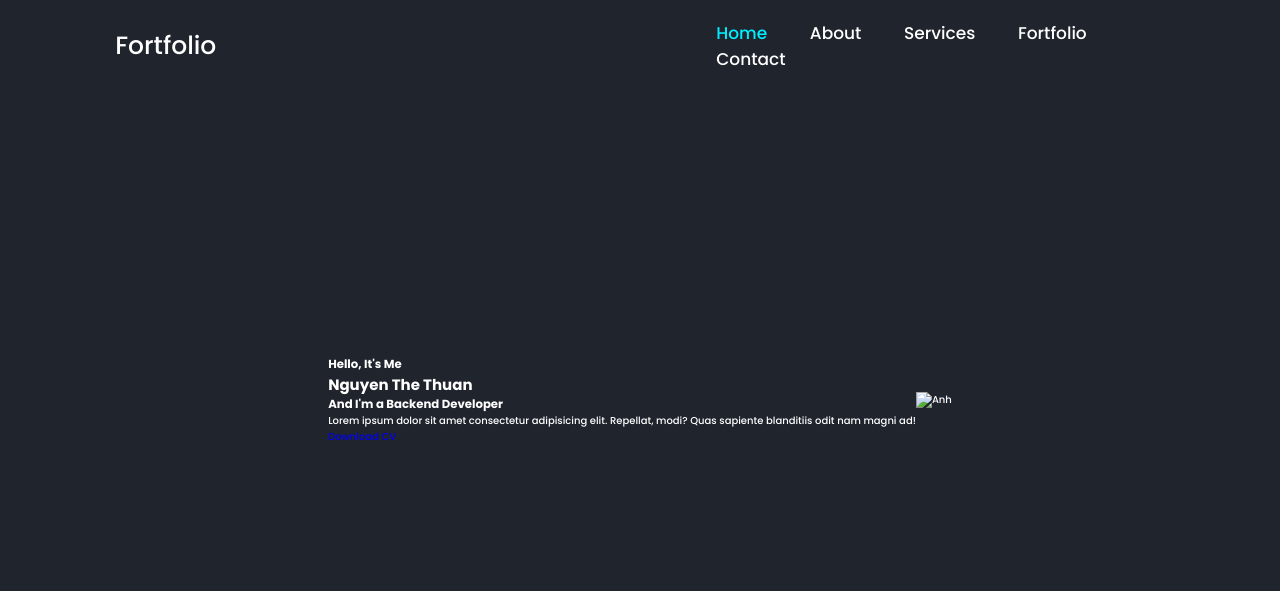
Repository: nguyenthethuan2004/portfolio
Page: index.html
These files come from the project's save history. The page is drawn as it stood at one moment and after a run of saves; the edit follows.
The browser window is 1280 px wide. The pictures show the whole page.

Above is the page before, as saved 2023-09-29 22:45:33.

### index.html
<!DOCTYPE html>
<html lang="en">
<head>
    <meta charset="UTF-8">
    <meta name="viewport" content="width=device-width, initial-scale=1.0">
    <title>Nguyen The Thuan</title>

    <!-- custom css -->
    <link rel="stylesheet" href="css/style.css">

    <!-- box icon -->
    <link href='https://unpkg.com/boxicons@2.1.4/css/boxicons.min.css' rel='stylesheet'>

</head>
<body>
    <!-- header design -->
    <header class="header">
        <a href="#" class="logo">Fortfolio</a>

        <box-icon name='menu' id="menu-icon"></box-icon>

        <nav class="navbar">
            <a href="#home" class="active">Home</a>
            <a href="#about">About</a>
            <a href="#services">Services</a>
            <a href="#fortfolio">Fortfolio</a>
            <a href="#contact">Contact</a>
        </nav>
    </header>

    <!-- home setion design -->
    <section class="home" id="home">
        <div class="home-content">
            <h3>Hello, It's Me</h3>
            <h1>Nguyen The Thuan</h1>
            <h3>And I'm a <span>Backend Developer</span></h3>
            <p>Lorem ipsum dolor sit amet consectetur adipisicing elit. Repellat, modi? Quas sapiente blanditiis odit nam magni ad!</p>
            <div class="social-media">
                <a href=""><box-icon name='facebook' type='logo' ></box-icon></a>
                <a href=""><box-icon name='github' type='logo' ></box-icon></a>
                <a href=""><box-icon name='linkedin' type='logo' ></box-icon></a>
                <a href=""><box-icon type='logo' name='youtube'></box-icon></a>
            </div>

            <a href="#" class="btn">Download CV</a>
        </div>

        <div class="home-img">
            <img src="" alt="Anh">
        </div>
    </section>

</body>
</html>

### css/style.css
    @import url('https://fonts.googleapis.com/css2?family=Poppins:ital,wght@0,300;0,500;0,600;0,700;0,800;0,900;1,300;1,400;1,500;1,600;1,700;1,800;1,900&display=swap');
* {
    margin: 0;
    padding: 0;
    box-sizing: border-box;
    text-decoration: none;
    border: none;
    outline: none;
    scroll-behavior:smooth;
    font-family: 'Poppins', sans-serif;
}

:root {
    --bg-color:#1f242d;
    --second-bg-color:#323946;
    --text-color:#fff;
    --main-color:#0ef;
}

html {
    font-size: 62.5%;
    overflow-x: hidden;
}

body {
    background: var(--bg-color);
    color: var(--text-color);
}

section {
    min-height: 100vh;
    padding: 10rem 9% 2rem;
}

.header {
    position: fixed;
    top: 0;
    left: 0;
    width: 100%;
    padding: 2rem 9%;
    background: var(--bg-color);
    display: flex;
    justify-content: space-between;
    align-items: center;
    z-index: 100;
}

.logo {
    font-size: 2.5rem;
    color: var(--text-color);
    width: 600px;
    cursor: default;
}

.navbar a {
    font-size: 1.7rem;
    color: var(--text-color);
    margin-left: 4rem;
    transition: .3s;
}

.navbar a:hover,
.navbar a.active {
    color: var(--main-color);
}

#menu--icon {
    font-size: 3.6rem;
    color: var(--text-color);
    display: none;
}

.home {
    display: flex;
    justify-content: center;
    align-items: center;
}

.home-content {
    font-size: ;
}

After the next 6 saves:
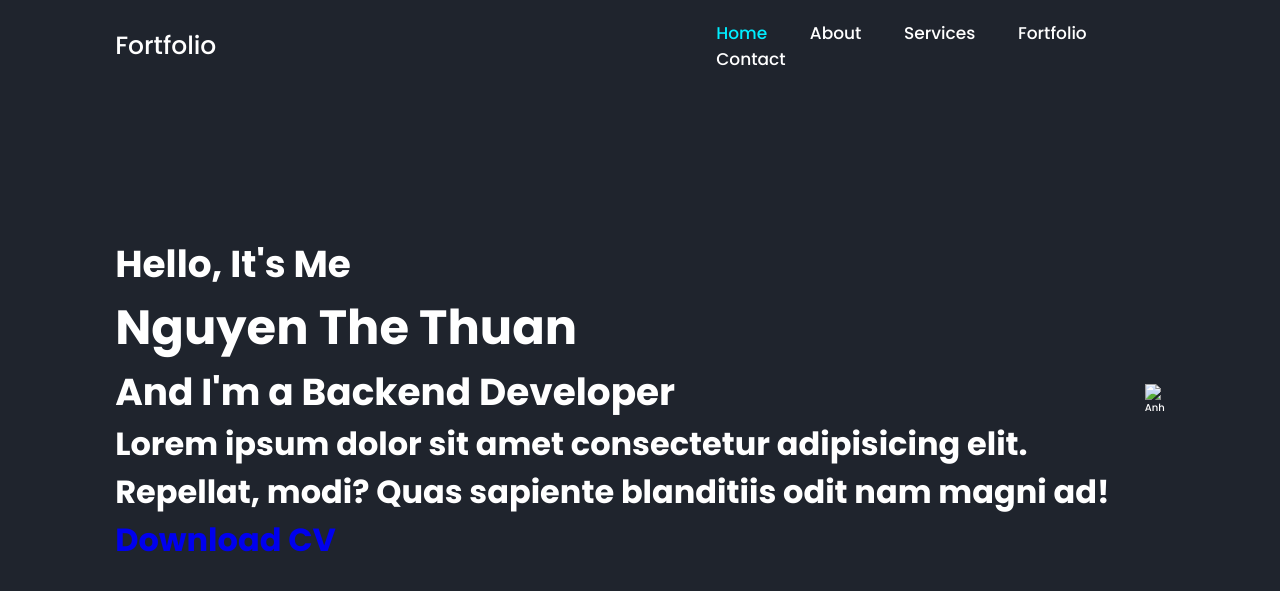
The 6 saves are shown as one change because they came seconds apart.
The last was saved 14 s later.
--- a/css/style.css
+++ b/css/style.css
@@ -77,5 +77,6 @@
 }
 
 .home-content {
-    font-size: ;
+    font-size: 3.2rem;
+    font-weight: 700;
 }
